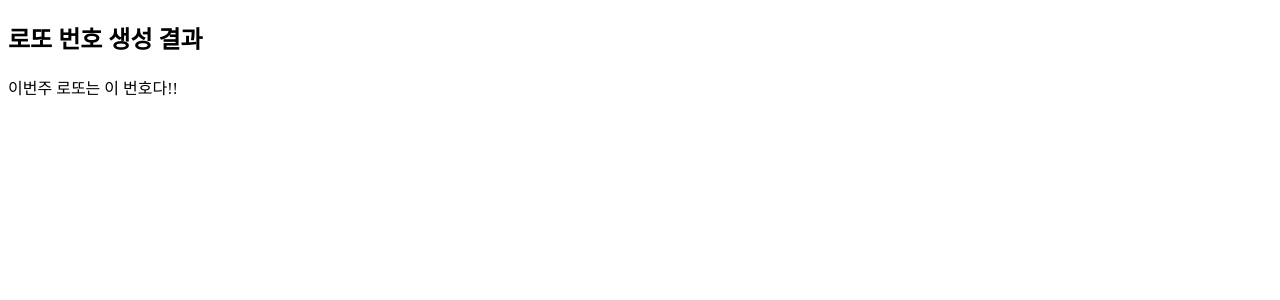
Repository: Kimhwawon/jsp_practice
Page: http://localhost/JSPBasic/JspTag/TagQ03.jsp
An editor plug-in stored every save of this project. The page is shown before and after the next save, followed by the edit.
The browser window is 1280 px wide. The pictures show the whole page.
The page is served by Tomcat 9.

Above is the page before, as saved 2022-02-03 01:35:53.

### JSPBasic/src/main/webapp/JspTag/TagQ03.jsp
<%@ page import="java.util.*" %>
<%@ page language="java" contentType="text/html; charset=UTF-8"
    pageEncoding="UTF-8"%>
<!DOCTYPE html>
<html>
<head>
<meta charset="UTF-8">
<title>Insert title here</title>
</head>
<body>
	<h2>로또 번호 생성 결과</h2>
	<p>이번주 로또는 이 번호다!!</p>
	<%
		List<Integer> lotto = new ArrayList<>();
		while(true){
			int rn = (int)(Math.random() * 45 ) + 1;
			//contains(): 리스트 내부에 해당 객체가 존재하면 true를 리턴.
			if (!lotto.contains(rn)) {
				lotto.add(rn);
			}
			if(lotto.size() == 6 ) {
				break;
			}

		}
		// 리스트의 오름차 정렬방법.
		Collections.sort(lotto);
	%>

</body>
</html>

After the next save:
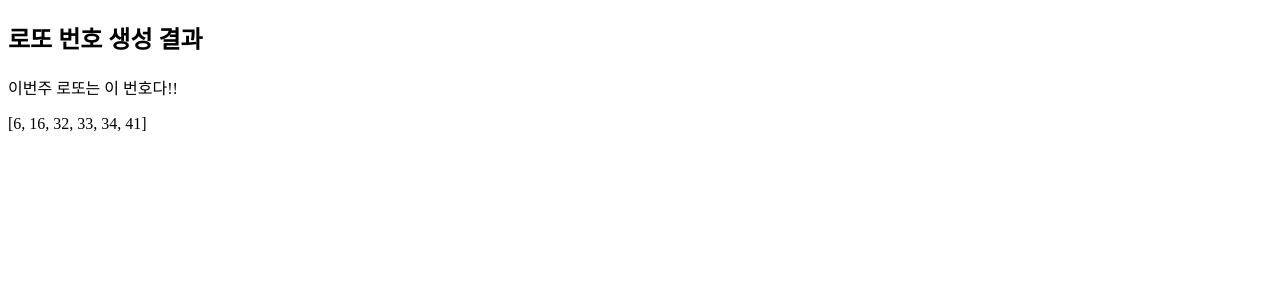
Saved 64 s later.
--- a/JSPBasic/src/main/webapp/JspTag/TagQ03.jsp
+++ b/JSPBasic/src/main/webapp/JspTag/TagQ03.jsp
@@ -25,6 +25,7 @@
 		}
 		// 리스트의 오름차 정렬방법.
 		Collections.sort(lotto);
+		out.println(lotto);
 	%>
 
 </body>
